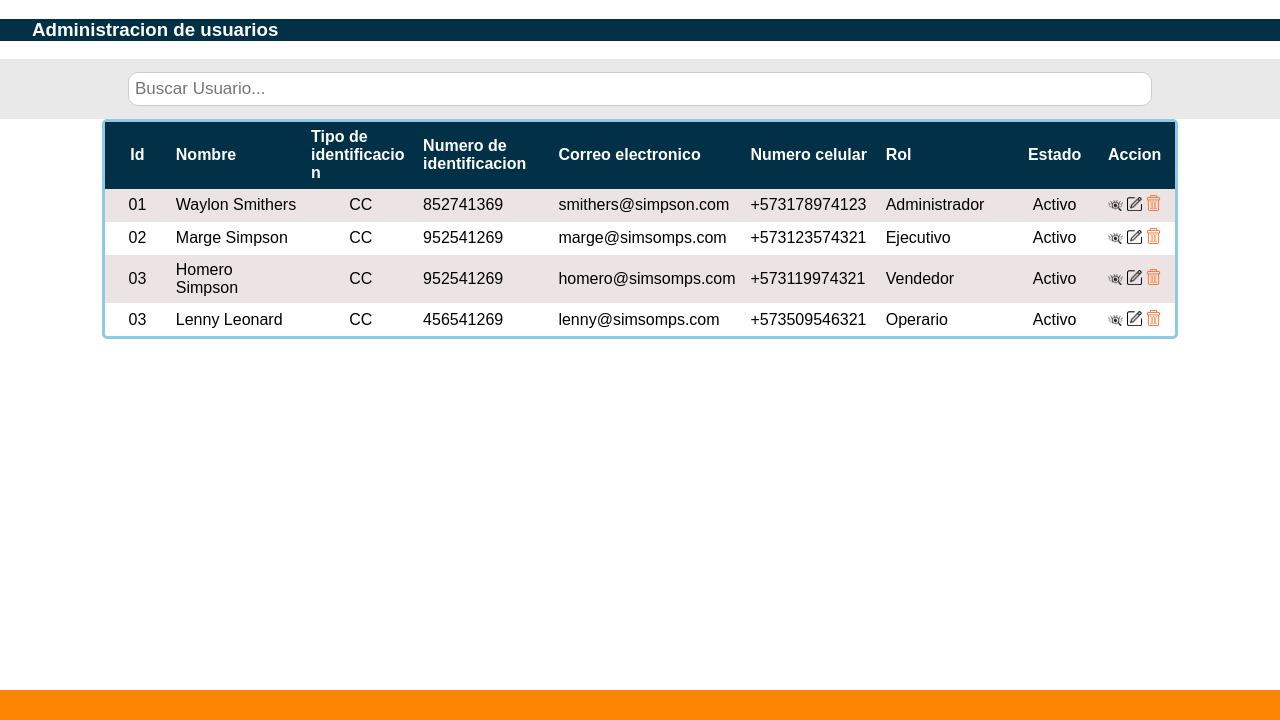
Repository: AlexanderBarona/Proyecto_Ciclo3_Mintic
Page: PaginaWeb/pages/admin_user.html
These files come from the project's save history. The page is drawn as it stood at one moment and after the next save; the edit follows.
The browser window is 1280 px wide. The pictures show the whole page.

Above is the page before, as saved 2021-09-30 14:54:39.

### PaginaWeb/pages/admin_user.html
<!DOCTYPE html>
<html>

   <head>
      <title>Administracion de Usuarios</title>
      <link href="../css/style.css" rel="stylesheet" type="text/css">
      <link href="../css/admin_user.css" rel="stylesheet" type="text/css">
   </head>
   <body class="admin_user">
      <header>
         <h3>Administracion de usuarios</h3>
      </header>
      <main>
        <div class="TopBar">
            <div class="Search ">
                <input type="text" placeholder="Buscar Usuario...">
            </div>

        </div>

        <div class="table_principal">
            <table class="table_entity">

              <tbody class="table_body" >

                  <tr class="table_header" >

                    <td class="table_cell center">Id</td>
                    <td class="table_cell">Nombre</td>
                    <td class="table_cell">Tipo de identificacion</td>
                    <td class="table_cell">Numero de identificacion</td>
                    <td class="table_cell">Correo electronico</td>
                    <td class="table_cell">Numero celular</td>
                    <td class="table_cell">Rol</td>
                    <td class="table_cell center">Estado</td>
                    <td class="table_cell center">Accion</td>

                  </tr>

                  <tr >
                    <td class="table_cell center">01</td>
                    <td class="table_cell">Waylon Smithers</td>
                    <td class="table_cell center">CC</td>
                    <td class="table_cell">852741369</td>
                    <td class="table_cell">smithers@simpson.com</td>
                    <td class="table_cell">+573178974123</td>
                    <td class="table_cell">Administrador</td>
                    <td class="table_cell center">Activo</td>
                    <td class="table_cell center">
                      <div class="icon_container">
                        <nav>
                          <a href="icon_table">
                            <img class="icon_cell" src="../images/IconRead.ico">
                          </a>
                          <a href="icon_table">
                            <img class="icon_cell" src="../images/IconUpdate.ico">
                          </a>
                          <a href="icon_table">
                            <img class="icon_cell" src="../images/IconDelete.ico">
                          </a>
                        </nav>
                    </div>

                    </td>
                  </tr>

                <tr >
                  <td class="table_cell center">02</td>
                  <td class="table_cell">Marge Simpson</td>
                  <td class="table_cell center">CC</td>
                  <td class="table_cell">952541269</td>
                  <td class="table_cell">marge@simsomps.com</td>
                  <td class="table_cell">+573123574321</td>
                  <td class="table_cell">Ejecutivo</td>
                  <td class="table_cell center">Activo</td>
                  <td class="table_cell center">
                    <div class="icon_container ">
                      <nav>
                        <a href="icon_table">
                          <img class="icon_cell" src="../images/IconRead.ico">
                        </a>
                        <a href="icon_table">
                          <img class="icon_cell" src="../images/IconUpdate.ico">
                        </a>
                        <a href="icon_table">
                          <img class="icon_cell" src="../images/IconDelete.ico">
                        </a>
                      </nav>
                  </div>
                  </td>
                </tr>

                <tr >
                    <td class="table_cell center">03</td>
                    <td class="table_cell">Homero Simpson</td>
                    <td class="table_cell center">CC</td>
                    <td class="table_cell">952541269</td>
                    <td class="table_cell">homero@simsomps.com</td>
                    <td class="table_cell">+573119974321</td>
                    <td class="table_cell">Vendedor</td>
                    <td class="table_cell center">Activo</td>
                    <td class="table_cell center">

                                    <div class="icon_container">
                                        <nav>
                                          <a href="icon_table">
                                            <img class="icon_cell" src="../images/IconRead.ico">
                                          </a>
                                          <a href="icon_table">
                                            <img class="icon_cell" src="../images/IconUpdate.ico">
                                          </a>
                                          <a href="icon_table">
                                            <img class="icon_cell" src="../images/IconDelete.ico">
                                          </a>
                                        </nav>
                                    </div>


                    </td>
                </tr>
                <tr >
                    <td class="table_cell center">03</td>
                    <td class="table_cell">Lenny Leonard</td>
                    <td class="table_cell center">CC</td>
                    <td class="table_cell">456541269</td>
                    <td class="table_cell">lenny@simsomps.com</td>
                    <td class="table_cell">+573509546321</td>
                    <td class="table_cell">Operario</td>
                    <td class="table_cell center">Activo</td>
                    <td class="table_cell center">
                      <div class="icon_container">
                        <nav>
                          <a href="icon_table">
                            <img class="icon_cell" src="../images/IconRead.ico">
                          </a>
                          <a href="icon_table">
                            <img class="icon_cell" src="../images/IconUpdate.ico">
                          </a>
                          <a href="icon_table">
                            <img class="icon_cell" src="../images/IconDelete.ico">
                          </a>
                        </nav>
                    </div>
                    </td>
                </tr>
              </tbody>
            </table>
        </div>
      </main>
      <footer>
        <div>
          <h3>Administracion de usuarios</h3>
          <h3>Administracion de usuarios</h3>
          <h3>Administracion de usuarios</h3>
        </div>
      </footer>
   </body>
</html>

### PaginaWeb/css/style.css
* {
  box-sizing: border-box;
}

body {
  margin: 0;
  font-family: Arial, Helvetica, sans-serif;
}
header {
  background-color: #023047;
  color:  white;
  padding-left:2em ;

}

footer{
  background-color: #FB8500;
  color:  #FB8500;
  position:fixed;
  left:0px;
  bottom:0px;
  height:30px;
  width:100%;
}

### PaginaWeb/css/admin_user.css
/* css barra busqueda*/
@media screen and (max-width: 600px) {
  .Search a,
  .Search input[type="text"] {

    display: block;
    text-align: left;
    width: 100%;
    margin: 0 auto;
    padding: 14px;
    align-items: center;
  }
}

.admin_user .Search {
   overflow: hidden;
   background-color: #e9e9e9;
   display: block;
   width: 100%;
   text-align: center;
  }

.Search a {

    display: block;
    color: black;
    text-align: center;
    padding: 14px 16px;
    text-decoration: none;
    font-size: 17px;
  }

  .Search a:hover {
    background-color: #ddd;
    color: black;
  }

  .Search a.active {
    background-color: #9dcaf0;
    color: white;
  }

  .Search input[type="text"] {
    float: center;
    border-radius: 10px;
    border: 1px solid rgb(174, 204, 218);
    padding: 6px;
    margin-top: 1%;
    margin-right: 2%;
    margin-left: 2%;
    margin-bottom: 1%;
    font-size: 17px;
    width: 80%;
  }
  .Search input[type="text"] {
    border: 1px solid #ccc;
  }

 /* css tabla*/

  .table_entity {
    table-layout: fixed;
    width: 84%;
    margin: 0 auto;
    border-collapse: separate;
    border-spacing: 0px;
    border-radius: 5px;
    border: 3px solid #8ECAE6;

  }

  .table_entity td:first-child {
    width: 4em;
  }
  .table_entity td:nth-child(3) {
    width: 7em;
  }
  .table_entity td:nth-child(5) {
    width: 12em;
  }
  .table_entity td:nth-child(8) {
    width: 5em;

  }
  .table_entity td:nth-child(9) {
    width: 5em;
  }




  .table_header {
    background-color: #023047;
    color: #fff;
    font-weight:bold;
  }

  .table_entity tr:nth-child(even) {
  background-color: #ece4e4;
}

.table_entity .center {
  text-align: center;
}
/* css tabla perfiles*/
.table_entity2 {
  table-layout: fixed;
  width: 84%;
  margin: 0 auto;
  border-collapse: separate;
  border-spacing: 0px;
  border-radius: 5px;
  border: 3px solid #8ECAE6;

}

.table_entity2 td:first-child {
  width: 4em;
}

.table_entity2 td:nth-child(2) {
  width: 16em;
}


.table_entity2 td:nth-child(6) {
  width: 4.8em;

}


.table_entity2 tr:nth-child(even) {
background-color: #ece4e4;
}

.table_entity2 .center {
  text-align: center;
}

  th, td {

      word-wrap: break-word;
      padding: 0.4em;
      margin: 0em;
  }
  /* iconos */
  .icon_cell {

    height: 28%;
    width: 22%;
    margin: 0 auto 0 0;


}

.icon_container a , .icon_container a:visited {


  text-decoration: none;

}
/* css checkbox */

.checkbox_container input[type="checkbox"]  {
  content: "";
  width: 2em;
  height: 2em;
  border: 4px solid #bf810f;
  float: left;
  margin: 0 auto 0 0;
  border-right: 0;
  border-top: 0;


}
.checkbox_container input[type="checkbox"]:checked   {
  content: "";
  width: 2.2em;
  height: 2.2em;
  border: 4px solid #bf810f;
  color: #bf810f;
  background-color:#bf810f ;
  float: left;
  margin: 0 auto 0 0;
  border-right: 0;
  border-top: 0;

}

After the next save:
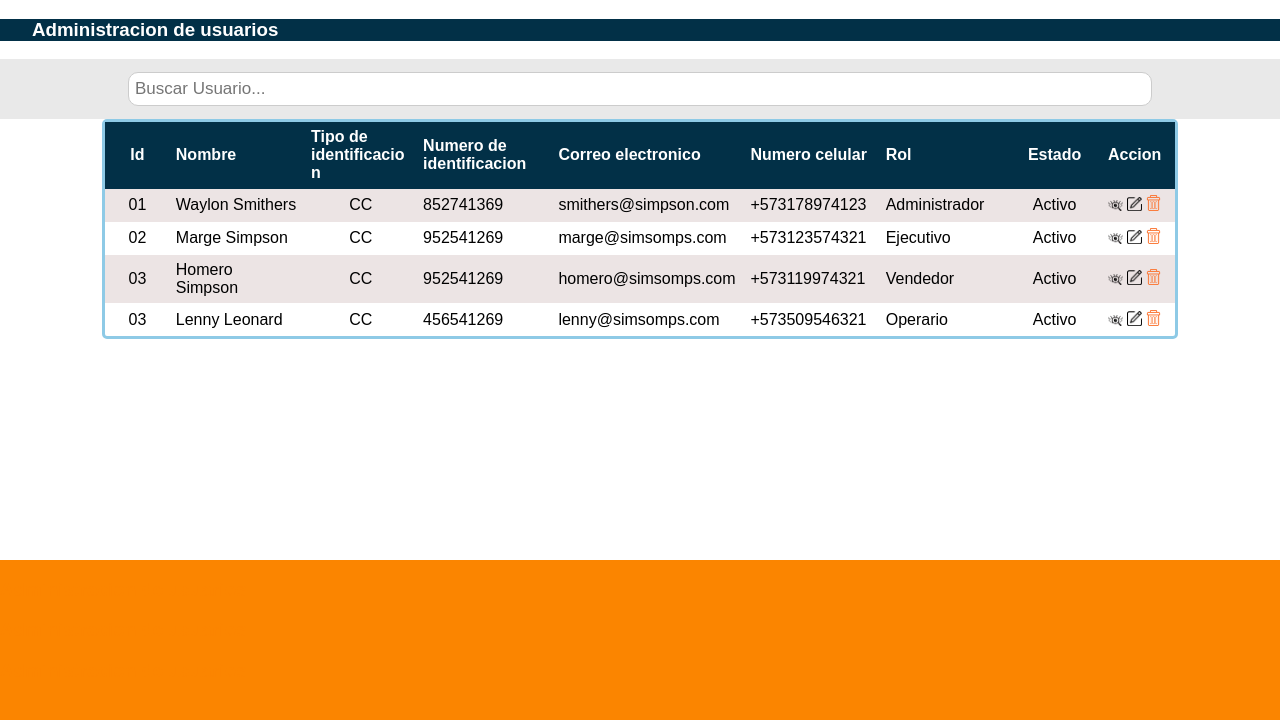
Saved 14 s later.
--- a/PaginaWeb/css/style.css
+++ b/PaginaWeb/css/style.css
@@ -19,6 +19,6 @@ footer{
   position:fixed;
   left:0px;
   bottom:0px;
-  height:30px;
+  height:10em;
   width:100%;
 }
